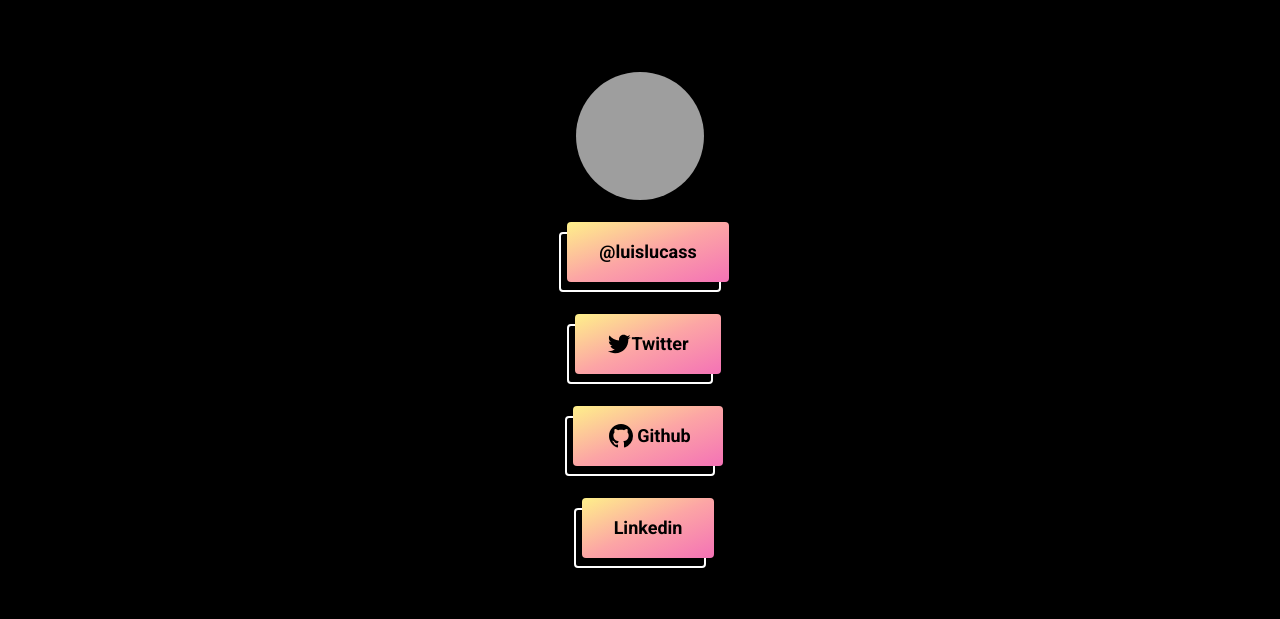
Repository: LuisSempre/link-to
Page: index.html
An editor plug-in stored every save of this project. The page is shown before and after a run of saves, followed by the edit.
The browser window is 1280 px wide. The pictures show the whole page.
Pictures or frames that could not be fetched are drawn as grey boxes. Some web libraries are served in a nearby version.

Above is the page before, as saved 2022-07-05 22:32:47.

After the next 2 saves:
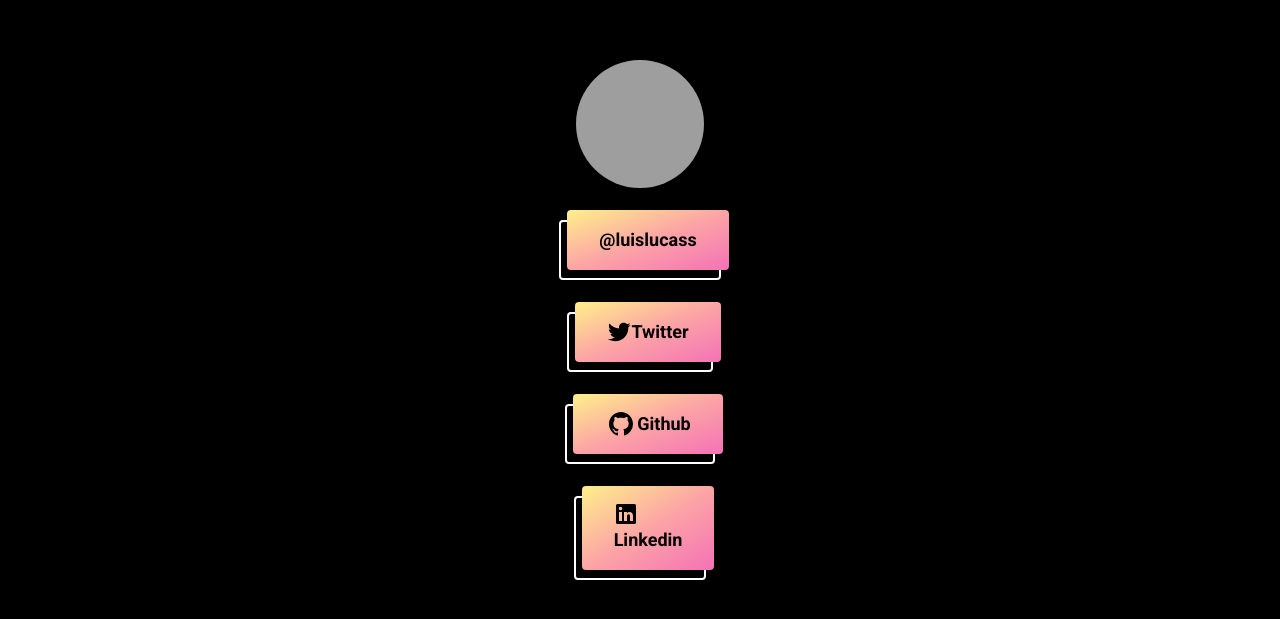
The 2 saves are shown as one change because they came seconds apart.
The last was saved 14 s later.
--- a/index.html
+++ b/index.html
@@ -123,7 +123,16 @@
                             hover:fill-white">
                             <span class="absolute top-0 left-0 h-full w-full
                                 rounded
-                                border-2 border-white text-transparent"><svg
+                                border-2 border-white text-transparent">Linkedin</span>
+                            <span class="relative inline-block w-full
+                                -translate-y-2.5 translate-x-2 transform rounded
+                                bg-gradient-to-br from-yellow-200 via-red-300
+                                to-pink-400 px-8 py-4 text-center text-lg
+                                font-semibold transition-all duration-150
+                                ease-linear group-hover:-translate-y-1.5
+                                group-hover:translate-x-1.5 sm:w-auto
+                                hover:fill-white
+                                hover:text-white px-16"><svg
                                     xmlns="http://www.w3.org/2000/svg"
                                     viewBox="0 0 24 24"
                                     data-supported-dps="24x24"
@@ -139,15 +148,6 @@
                                         .14V19h-3v-9h2.9v1.3a3.11 3.11 0
                                         012.7-1.4c1.55 0 3.36.86 3.36 3.66z"></path>
                                 </svg>Linkedin</span>
-                            <span class="relative inline-block w-full
-                                -translate-y-2.5 translate-x-2 transform rounded
-                                bg-gradient-to-br from-yellow-200 via-red-300
-                                to-pink-400 px-8 py-4 text-center text-lg
-                                font-semibold transition-all duration-150
-                                ease-linear group-hover:-translate-y-1.5
-                                group-hover:translate-x-1.5 sm:w-auto
-                                hover:fill-white
-                                hover:text-white px-16">Linkedin</span>
                         </a>
                     </div>
                 </div>
